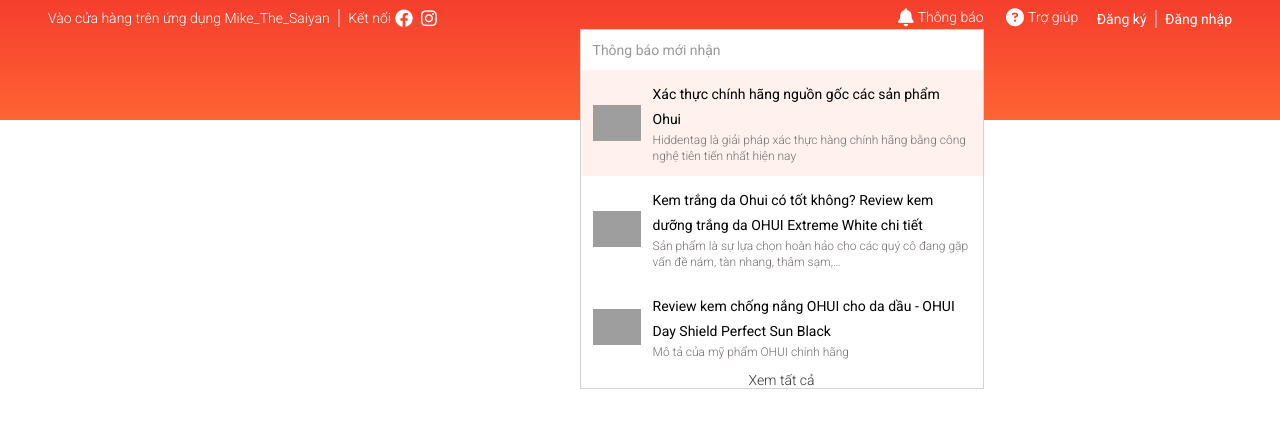
Repository: thefellowshiplotr/project_shopee
Page: index.html
The author's editor kept a copy of each file at every save. The page is drawn from the files as they stood at one save, then again after the next save.
The browser window is 1280 px wide. The pictures show the whole page.
Pictures or frames that could not be fetched are drawn as grey boxes.

Above is the page before, as saved 2022-11-07 10:37:02.

### index.html
<!DOCTYPE html>
<html lang="en">
  <head>
    <meta charset="UTF-8" />
    <meta http-equiv="X-UA-Compatible" content="IE=edge" />
    <meta name="viewport" content="width=device-width, initial-scale=1.0" />
    <title>Shopee</title>
    <link
      rel="stylesheet"
      href="https://cdnjs.cloudflare.com/ajax/libs/normalize/8.0.1/normalize.min.css"
      integrity="sha512-NhSC1YmyruXifcj/KFRWoC561YpHpc5Jtzgvbuzx5VozKpWvQ+4nXhPdFgmx8xqexRcpAglTj9sIBWINXa8x5w=="
      crossorigin="anonymous"
      referrerpolicy="no-referrer"
    />
    <link rel="preconnect" href="https://fonts.googleapis.com" />
    <link rel="preconnect" href="https://fonts.gstatic.com" crossorigin />
    <link
      href="https://fonts.googleapis.com/css2?family=Roboto:wght@300;400;500;700&display=swap"
      rel="stylesheet"
    />
    <link rel="stylesheet" href="./assets/css/base.css" />
    <link rel="stylesheet" href="./assets/css/main.css" />
    <link
      rel="stylesheet"
      href="./assets/fonts/fontawesome-free-6.2.0-web/fontawesome-free-6.2.0-web/css/all.min.css"
    />
  </head>
  <body>
    <div class="wrapper">
      <header class="header">
        <div class="grid">
          <nav class="header__navbar">
            <ul class="header__navbar-list">
              <li
                class="header__navbar-item header__navbar-item-has-qr header__navbar-item--separate"
              >
                Vào cửa hàng trên ứng dụng Mike_The_Saiyan

                <!-- Header QR -->
                <div class="header__qr">
                  <img
                    src="./assets/img/QR-shopee.png"
                    alt="QR code"
                    class="header__qr-img"
                  />
                  <div class="header__qr-apps">
                    <a href="" class="header__qr-link">
                      <img
                        src="./assets/img/appstore.png"
                        alt="Appstore"
                        class="header__qr-download-img"
                      />
                    </a>
                    <a href="" class="header__qr-link">
                      <img
                        src="./assets/img/google-play.png"
                        alt="Google Play"
                        class="header__qr-download-img"
                      />
                    </a>
                    <a href="" class="header__qr-link">
                      <img
                        src="./assets/img/app-galery.png"
                        alt="App Galary"
                        class="header__qr-download-img"
                      />
                    </a>
                  </div>
                </div>
              </li>
              <li class="header__navbar-item">
                <span class="header__navbar-title--no-pointer">Kết nối</span>
                <a href="" class="header__navbar-icon-link"
                  ><i class="header__navbar-icon fa-brands fa-facebook"></i
                ></a>
                <a href="" class="header__navbar-icon-link"
                  ><i class="header__navbar-icon fa-brands fa-instagram"></i
                ></a>
              </li>
            </ul>
            <ul class="header__navbar-list">
              <li class="header__navbar-item">
                <a href="" class="header__navbar-item-link">
                  <i class="header__navbar-icon fa-solid fa-bell"></i>
                  Thông báo
                </a>
                <div class="header__notify">
                  <header class="header__notify-header">
                    <h3>Thông báo mới nhận</h3>
                  </header>
                  <ul class="header__notify-list">
                    <li class="header__notify-item header__notify-item--viewed">
                      <a href="" class="header__notify-link">
                        <img
                          src="https://cdn.abphotos.link/photos/resized/200x120/83-1625652146-myphamohui-lgvina.png"
                          alt=""
                          class="header__notify-img"
                        />
                        <div class="header__notify-info">
                          <span class="header__notify-name"
                            >Xác thực chính hãng nguồn gốc các sản phẩm
                            Ohui</span
                          >
                          <span class="header__notify-description"
                            >Hiddentag là giải pháp xác thực hàng chính hãng
                            bằng công nghệ tiên tiến nhất hiện nay</span
                          >
                        </div>
                      </a>
                    </li>
                    <li class="header__notify-item">
                      <a href="" class="header__notify-link">
                        <img
                          src="https://cdn.abphotos.link/photos/resized/200x120/1653708536-php4dvzf5.png"
                          alt=""
                          class="header__notify-img"
                        />
                        <div class="header__notify-info">
                          <span class="header__notify-name"
                            >Kem trắng da Ohui có tốt không? Review kem dưỡng
                            trắng da OHUI Extreme White chi tiết</span
                          >
                          <span class="header__notify-description"
                            >Sản phẩm là sự lựa chọn hoàn hảo cho các quý cô
                            đang gặp vấn đề nám, tàn nhang, thâm sạm,…</span
                          >
                        </div>
                      </a>
                    </li>
                    <li class="header__notify-item">
                      <a href="" class="header__notify-link">
                        <img
                          src="https://cdn.abphotos.link/photos/resized/200x120/1653706577-phpmugy75.png"
                          alt=""
                          class="header__notify-img"
                        />
                        <div class="header__notify-info">
                          <span class="header__notify-name"
                            >Review kem chống nắng OHUI cho da dầu - OHUI Day
                            Shield Perfect Sun Black</span
                          >
                          <span class="header__notify-description"
                            >Mô tả của mỹ phẩm OHUI chính hãng</span
                          >
                        </div>
                      </a>
                    </li>
                  </ul>
                  <footer class="header__notify-footer">
                    <a href="" class="header__notify-footer-btn">Xem tất cả</a>
                  </footer>
                </div>
              </li>
              <li class="header__navbar-item">
                <a href="" class="header__navbar-item-link">
                  <i
                    class="header__navbar-icon fa-solid fa-circle-question"
                  ></i>
                  Trợ giúp
                </a>
              </li>
              <li
                class="header__navbar-item header__navbar-item--strong header__navbar-item--separate"
              >
                Đăng ký
              </li>
              <li class="header__navbar-item header__navbar-item--strong">
                Đăng nhập
              </li>
            </ul>
          </nav>
        </div>
      </header>

      <div class="container"></div>

      <footer class="footer"></footer>
    </div>
  </body>
</html>

### assets/css/base.css
:root {
  --primary-color: #ee4d2d;
  --white-color: #fff;
  --black-color: #000;
  --text-color: #333;
}

* {
  box-sizing: inherit;
}

html {
  font-size: 62.5%; /* Sử dụng kĩ thuật HACK*/
  line-height: 1.6rem;
  font-family: "Roboto", sans-serif;
  box-sizing: border-box;
}

.grid {
  width: 1200px;
  max-width: 100%;
  margin: 0 auto;
}

.grid__full-width {
  width: 100%;
}

.grid__row {
  display: flex;
  flex-wrap: wrap;
}

/* Animation */
@keyframes fadeIn {
  from {
    opacity: 0;
  }
  to {
    opacity: 1;
  }
}

### assets/css/main.css
.header {
  height: 120px;
  background-image: linear-gradient(0, #fe6433, #f53e2d);
}

.header__navbar {
  display: flex;
  justify-content: space-between;
  align-items: center;
}

.header__navbar-list {
  list-style: none;
  padding-left: 0;
  margin-top: 4px;
}

.header__navbar-item {
  margin: 0 8px;
  position: relative;
  min-height: 25px;
}

.header__navbar-item-has-qr:hover .header__qr {
  display: block;
}

.header__navbar-item,
.header__navbar-item-link {
  display: inline-block;
  font-size: 1.4rem;
  color: var(--white-color);
  text-decoration: none;
  font-weight: 300;
}

.header__navbar-item,
.header__navbar-item-link,
.header__navbar-icon-link {
  display: inline-flex;
  align-items: center;
}

.header__navbar-item:hover,
.header__navbar-item-link:hover,
.header__navbar-icon-link:hover {
  cursor: pointer;
  color: rgba(255, 255, 255, 0.7);
}

.header__navbar-item--strong {
  font-weight: 400;
}

.header__navbar-item--separate::after {
  content: "";
  display: block;
  position: absolute;
  border: 1px solid #fb9086;
  height: 16px;
  right: -10px;
  top: 50%;
  transform: translateY(-50%);
}

.header__navbar-icon-link {
  color: var(--white-color);
  text-decoration: none;
}

.header__navbar-icon {
  font-size: 1.8rem;
  margin: 0 4px;
}

.header__navbar-title--no-pointer {
  cursor: text;
  color: var(--white-color);
}

/* Header QR code*/
.header__qr {
  width: 186px;
  background-color: var(--white-color);
  position: absolute;
  left: 0;
  top: 118%; /* làm cho nó cao bằng 100% chiều cao của thằng chứa nó*/
  padding: 8px;
  border-radius: 2px;
  display: none;
  animation: fadeIn ease-in 0.4s;
}

.header__qr::before {
  position: absolute;
  left: 0;
  top: -16px;
  width: 100%;
  height: 20px;
  content: "";
  display: block;
}

.header__qr-img {
  width: 100%;
}

.header__qr-apps {
  display: flex;
  justify-content: space-between;
  flex-wrap: wrap;
  margin-top: 5px;
}

.header__qr-link:nth-child(1) {
  margin-left: 9px;
}

.header__qr-link:nth-child(2) {
  margin-right: 9px;
}
.header__qr-link:nth-child(3) {
  margin-left: 8px;
  margin-top: 8px;
}

.header__qr-download-img {
  height: 16px;
}

/* header notification */

.header__notify {
  position: absolute;
  top: 100%;
  width: 404px;
  right: 0;
  border: 1px solid #d3d3d3;
  background-color: var(--white-color);
}

.header__notify-header {
  height: 40px;
  background-color: var(--white-color);
}

.header__notify-header h3 {
  color: #999;
  margin: 0 0 0 12px;
  font-weight: 400;
  font-size: 1.4rem;
  line-height: 40px;
}

.header__notify-list {
  padding-left: 0;
}

.header__notify-item {
  display: flex;
}

.header__notify-item:hover {
  background-color: #f7f7f7;
}

.header__notify-item--viewed {
  background-color: rgba(238, 75, 43, 0.08);
}

.header__notify-link {
  display: flex;
  width: 100%;
  padding: 12px;
  text-decoration: none;
}

.header__notify-img {
  width: 48px;
  object-fit: contain;
}

.header__notify-info {
  margin-left: 12px;
}

.header__notify-name {
  display: block;
  color: var(--black-color);
  font-size: 1.4rem;
  font-weight: 400;
  line-height: calc(25 / 14);
}

.header__notify-description {
  display: block;
  font-size: 1.2rem;
  color: #756f6e;
}

.header__notify-footer {
  text-align: center;
}

.header__notify-footer-btn {
  text-decoration: none;
  color: var(--text-color);
  padding: 4px 16px;
}

Loaded but not shown: assets/fonts/fontawesome-free-6.2.0-web/fontawesome-free-6.2.0-web/css/all.min.css (library)

After the next save:
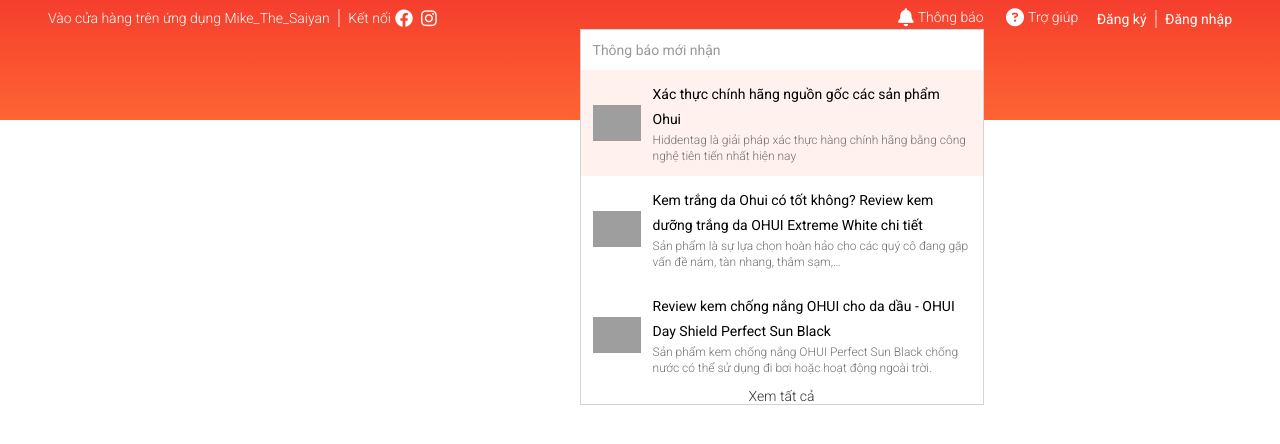
Saved 47 s later.
--- a/index.html
+++ b/index.html
@@ -140,7 +140,9 @@
                             Shield Perfect Sun Black</span
                           >
                           <span class="header__notify-description"
-                            >Mô tả của mỹ phẩm OHUI chính hãng</span
+                            >Sản phẩm kem chống nắng OHUI Perfect Sun Black
+                            chống nước có thể sử dụng đi bơi hoặc hoạt động
+                            ngoài trời.</span
                           >
                         </div>
                       </a>
